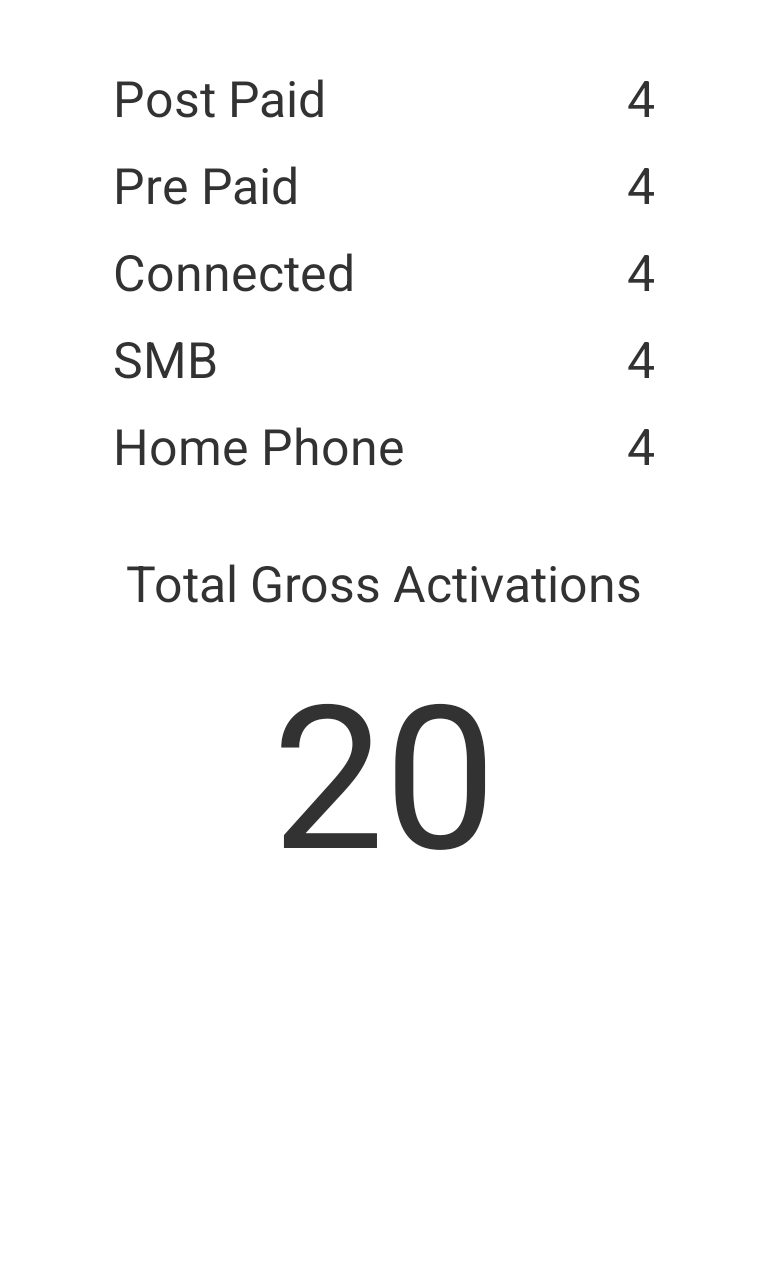
Repository: jemcphe/XCell
Layout: XCell/res/layout/data_adds.xml
These files come from the project's save history. The layout is drawn as it stood at one moment and after the next save; the edit follows.
It is drawn on a 768 x 1280 px phone screen (xhdpi) without system bars, with theme Theme.Xcell; the app's code is not run.

Above is the layout before, as saved 2013-08-17 00:01:38.

### XCell/res/layout/data_adds.xml
<?xml version="1.0" encoding="utf-8"?>
<RelativeLayout xmlns:android="http://schemas.android.com/apk/res/android"
    android:layout_width="match_parent"
    android:layout_height="match_parent" >

    <LinearLayout
        android:layout_width="wrap_content"
        android:layout_height="wrap_content"
        android:layout_below="@+id/gridLayout1"
        android:layout_centerHorizontal="true"
        android:layout_marginTop="25dp"
        android:orientation="vertical" >

        <TextView
            android:layout_width="match_parent"
            android:layout_height="match_parent"
            android:paddingBottom="10dp"
            android:text="Total Gross Activations"
            android:textSize="25sp" />

        <TextView
            android:layout_width="match_parent"
            android:layout_height="match_parent"
            android:gravity="center"
            android:paddingBottom="10dp"
            android:text="20"
            android:textSize="100sp" />
    </LinearLayout>

    <GridLayout
        android:id="@+id/gridLayout1"
        android:layout_width="wrap_content"
        android:layout_height="wrap_content"
        android:layout_alignParentTop="true"
        android:layout_centerHorizontal="true"
        android:layout_marginTop="32dp"
        android:columnCount="2" >

        <TextView
            android:layout_width="wrap_content"
            android:layout_height="wrap_content"
            android:paddingBottom="10dp"
            android:paddingRight="150dp"
            android:text="Post Paid"
            android:textSize="25sp" />

        <TextView
            android:layout_width="wrap_content"
            android:layout_height="wrap_content"
            android:paddingBottom="10dp"
            android:text="4"
            android:textSize="25sp" />

        <TextView
            android:layout_width="wrap_content"
            android:layout_height="wrap_content"
            android:paddingBottom="10dp"
            android:text="Pre Paid"
            android:textSize="25sp" />

        <TextView
            android:layout_width="wrap_content"
            android:layout_height="wrap_content"
            android:paddingBottom="10dp"
            android:text="4"
            android:textSize="25sp" />

        <TextView
            android:layout_width="wrap_content"
            android:layout_height="wrap_content"
            android:paddingBottom="10dp"
            android:text="Connected"
            android:textSize="25sp" />

        <TextView
            android:layout_width="wrap_content"
            android:layout_height="wrap_content"
            android:paddingBottom="10dp"
            android:text="4"
            android:textSize="25sp" />

        <TextView
            android:layout_width="wrap_content"
            android:layout_height="wrap_content"
            android:paddingBottom="10dp"
            android:text="SMB"
            android:textSize="25sp" />

        <TextView
            android:layout_width="wrap_content"
            android:layout_height="wrap_content"
            android:paddingBottom="10dp"
            android:text="4"
            android:textSize="25sp" />

        <TextView
            android:layout_width="wrap_content"
            android:layout_height="wrap_content"
            android:paddingBottom="10dp"
            android:text="Home Phone"
            android:textSize="25sp" />

        <TextView
            android:layout_width="wrap_content"
            android:layout_height="wrap_content"
            android:paddingBottom="10dp"
            android:text="4"
            android:textSize="25sp" />
    </GridLayout>

</RelativeLayout>

### XCell/res/values/styles_xcell.xml
<?xml version="1.0" encoding="utf-8"?>

<resources>

    <style name="Theme.Xcell" parent="@android:style/Theme.Holo.Light">
        <item name="android:actionBarItemBackground">@drawable/selectable_background_xcell</item>
        <item name="android:popupMenuStyle">@style/PopupMenu.Xcell</item>
        <item name="android:dropDownListViewStyle">@style/DropDownListView.Xcell</item>
        <item name="android:actionBarTabStyle">@style/ActionBarTabStyle.Xcell</item>
        <item name="android:actionDropDownStyle">@style/DropDownNav.Xcell</item>
        <item name="android:actionBarStyle">@style/ActionBar.Solid.Xcell</item>
        <item name="android:actionModeBackground">@drawable/cab_background_top_xcell</item>
        <item name="android:actionModeSplitBackground">@drawable/cab_background_bottom_xcell</item>
        <item name="android:actionModeCloseButtonStyle">@style/ActionButton.CloseMode.Xcell</item>


    </style>

    <style name="ActionBar.Solid.Xcell" parent="@android:style/Widget.Holo.Light.ActionBar.Solid">
        <item name="android:background">@drawable/ab_background_textured_xcell</item>
        <item name="android:backgroundStacked">@drawable/ab_stacked_solid_xcell</item>
        <item name="android:backgroundSplit">@drawable/ab_background_textured_xcell</item>
        <item name="android:progressBarStyle">@style/ProgressBar.Xcell</item>
    </style>

    <style name="ActionBar.Transparent.Xcell" parent="@android:style/Widget.Holo.Light.ActionBar">
        <item name="android:background">@drawable/ab_transparent_xcell</item>
        <item name="android:progressBarStyle">@style/ProgressBar.Xcell</item>
    </style>

    <style name="PopupMenu.Xcell" parent="@android:style/Widget.Holo.Light.ListPopupWindow">
        <item name="android:popupBackground">@drawable/menu_dropdown_panel_xcell</item>
    </style>

    <style name="DropDownListView.Xcell" parent="@android:style/Widget.Holo.Light.ListView.DropDown">
        <item name="android:listSelector">@drawable/selectable_background_xcell</item>
    </style>

    <style name="ActionBarTabStyle.Xcell" parent="@android:style/Widget.Holo.Light.ActionBar.TabView">
        <item name="android:background">@drawable/tab_indicator_ab_xcell</item>
    </style>

    <style name="DropDownNav.Xcell" parent="@android:style/Widget.Holo.Light.Spinner">
        <item name="android:background">@drawable/spinner_background_ab_xcell</item>
        <item name="android:popupBackground">@drawable/menu_dropdown_panel_xcell</item>
        <item name="android:dropDownSelector">@drawable/selectable_background_xcell</item>
    </style>

    <style name="ProgressBar.Xcell" parent="@android:style/Widget.Holo.Light.ProgressBar.Horizontal">
        <item name="android:progressDrawable">@drawable/progress_horizontal_xcell</item>
    </style>

    <style name="ActionButton.CloseMode.Xcell" parent="@android:style/Widget.Holo.Light.ActionButton.CloseMode">
        <item name="android:background">@drawable/btn_cab_done_xcell</item>
    </style>

    <!-- this style is only referenced in a Light.DarkActionBar based theme -->
    <style name="Theme.Xcell.Widget" parent="@android:style/Theme.Holo">
        <item name="android:popupMenuStyle">@style/PopupMenu.Xcell</item>
        <item name="android:dropDownListViewStyle">@style/DropDownListView.Xcell</item>
    </style>

</resources>

### XCell/res/drawable/selectable_background_xcell.xml
<?xml version="1.0" encoding="utf-8"?>
<!-- File created by the Android Action Bar Style Generator

     Copyright (C) 2011 The Android Open Source Project
     Copyright (C) 2012 readyState Software Ltd

     Licensed under the Apache License, Version 2.0 (the "License");
     you may not use this file except in compliance with the License.
     You may obtain a copy of the License at

          http://www.apache.org/licenses/LICENSE-2.0

     Unless required by applicable law or agreed to in writing, software
     distributed under the License is distributed on an "AS IS" BASIS,
     WITHOUT WARRANTIES OR CONDITIONS OF ANY KIND, either express or implied.
     See the License for the specific language governing permissions and
     limitations under the License.
-->

<selector xmlns:android="http://schemas.android.com/apk/res/android"
        android:exitFadeDuration="@android:integer/config_mediumAnimTime" >
    <item android:state_pressed="false" android:state_focused="true" android:drawable="@drawable/list_focused_xcell" />
    <item android:state_pressed="true" android:drawable="@drawable/pressed_background_xcell" />
    <item android:drawable="@android:color/transparent" />
</selector>

### XCell/res/drawable/btn_cab_done_xcell.xml
<?xml version="1.0" encoding="utf-8"?>
<!-- File created by the Android Action Bar Style Generator

     Copyright (C) 2011 The Android Open Source Project
     Copyright (C) 2012 readyState Software Ltd

     Licensed under the Apache License, Version 2.0 (the "License");
     you may not use this file except in compliance with the License.
     You may obtain a copy of the License at

          http://www.apache.org/licenses/LICENSE-2.0

     Unless required by applicable law or agreed to in writing, software
     distributed under the License is distributed on an "AS IS" BASIS,
     WITHOUT WARRANTIES OR CONDITIONS OF ANY KIND, either express or implied.
     See the License for the specific language governing permissions and
     limitations under the License.
-->

<selector xmlns:android="http://schemas.android.com/apk/res/android">
    <item android:state_pressed="true"
        android:drawable="@drawable/btn_cab_done_pressed_xcell" />
    <item android:state_focused="true" android:state_enabled="true"
        android:drawable="@drawable/btn_cab_done_focused_xcell" />
    <item android:state_enabled="true"
        android:drawable="@drawable/btn_cab_done_default_xcell" />
</selector>

### XCell/res/drawable/ab_background_textured_xcell.xml
<?xml version="1.0" encoding="utf-8"?>
<!-- File created by the Android Action Bar Style Generator

     Copyright (C) 2012 readyState Software Ltd

     Licensed under the Apache License, Version 2.0 (the "License");
     you may not use this file except in compliance with the License.
     You may obtain a copy of the License at

          http://www.apache.org/licenses/LICENSE-2.0

     Unless required by applicable law or agreed to in writing, software
     distributed under the License is distributed on an "AS IS" BASIS,
     WITHOUT WARRANTIES OR CONDITIONS OF ANY KIND, either express or implied.
     See the License for the specific language governing permissions and
     limitations under the License.
-->

<bitmap xmlns:android="http://schemas.android.com/apk/res/android"
    android:src="@drawable/ab_texture_tile_xcell"
    android:tileMode="repeat" />

### XCell/res/drawable/progress_horizontal_xcell.xml
<?xml version="1.0" encoding="utf-8"?>
<!-- File created by the Android Action Bar Style Generator

     Copyright (C) 2011 The Android Open Source Project
     Copyright (C) 2012 readyState Software Ltd

     Licensed under the Apache License, Version 2.0 (the "License");
     you may not use this file except in compliance with the License.
     You may obtain a copy of the License at

          http://www.apache.org/licenses/LICENSE-2.0

     Unless required by applicable law or agreed to in writing, software
     distributed under the License is distributed on an "AS IS" BASIS,
     WITHOUT WARRANTIES OR CONDITIONS OF ANY KIND, either express or implied.
     See the License for the specific language governing permissions and
     limitations under the License.
-->

<layer-list xmlns:android="http://schemas.android.com/apk/res/android">

    <item android:id="@android:id/background"
          android:drawable="@drawable/progress_bg_xcell" />

    <item android:id="@android:id/secondaryProgress">
        <scale android:scaleWidth="100%"
               android:drawable="@drawable/progress_secondary_xcell" />
    </item>

    <item android:id="@android:id/progress">
        <scale android:scaleWidth="100%"
               android:drawable="@drawable/progress_primary_xcell" />
    </item>

</layer-list>

### XCell/res/drawable/spinner_background_ab_xcell.xml
<?xml version="1.0" encoding="utf-8"?>
<!-- File created by the Android Action Bar Style Generator

     Copyright (C) 2011 The Android Open Source Project
     Copyright (C) 2012 readyState Software Ltd

     Licensed under the Apache License, Version 2.0 (the "License");
     you may not use this file except in compliance with the License.
     You may obtain a copy of the License at

          http://www.apache.org/licenses/LICENSE-2.0

     Unless required by applicable law or agreed to in writing, software
     distributed under the License is distributed on an "AS IS" BASIS,
     WITHOUT WARRANTIES OR CONDITIONS OF ANY KIND, either express or implied.
     See the License for the specific language governing permissions and
     limitations under the License.
-->

<selector xmlns:android="http://schemas.android.com/apk/res/android">
    <item android:state_enabled="false"
        android:drawable="@drawable/spinner_ab_disabled_xcell" />
    <item android:state_pressed="true"
        android:drawable="@drawable/spinner_ab_pressed_xcell" />
    <item android:state_pressed="false" android:state_focused="true"
        android:drawable="@drawable/spinner_ab_focused_xcell" />
    <item android:drawable="@drawable/spinner_ab_default_xcell" />
</selector>

### XCell/res/drawable/tab_indicator_ab_xcell.xml
<?xml version="1.0" encoding="utf-8"?>
<!-- File created by the Android Action Bar Style Generator

     Copyright (C) 2011 The Android Open Source Project
     Copyright (C) 2012 readyState Software Ltd

     Licensed under the Apache License, Version 2.0 (the "License");
     you may not use this file except in compliance with the License.
     You may obtain a copy of the License at

          http://www.apache.org/licenses/LICENSE-2.0

     Unless required by applicable law or agreed to in writing, software
     distributed under the License is distributed on an "AS IS" BASIS,
     WITHOUT WARRANTIES OR CONDITIONS OF ANY KIND, either express or implied.
     See the License for the specific language governing permissions and
     limitations under the License.
-->

<selector xmlns:android="http://schemas.android.com/apk/res/android">
    <!-- Non focused states -->
    <item android:state_focused="false" android:state_selected="false" android:state_pressed="false" android:drawable="@android:color/transparent"/>
    <item android:state_focused="false" android:state_selected="true"  android:state_pressed="false" android:drawable="@drawable/tab_selected_xcell" />

    <!-- Focused states -->
    <item android:state_focused="true" android:state_selected="false" android:state_pressed="false" android:drawable="@drawable/tab_unselected_focused_xcell" />
    <item android:state_focused="true" android:state_selected="true"  android:state_pressed="false" android:drawable="@drawable/tab_selected_focused_xcell" />

    <!-- Pressed -->
    <!--    Non focused states -->
    <item android:state_focused="false" android:state_selected="false" android:state_pressed="true" android:drawable="@drawable/tab_unselected_pressed_xcell" />
    <item android:state_focused="false" android:state_selected="true"  android:state_pressed="true" android:drawable="@drawable/tab_selected_pressed_xcell" />

    <!--    Focused states -->
    <item android:state_focused="true" android:state_selected="false" android:state_pressed="true" android:drawable="@drawable/tab_unselected_pressed_xcell" />
    <item android:state_focused="true" android:state_selected="true"  android:state_pressed="true" android:drawable="@drawable/tab_selected_pressed_xcell" />
</selector>

### XCell/res/drawable/pressed_background_xcell.xml
<?xml version="1.0" encoding="utf-8"?>
<!-- File created by the Android Action Bar Style Generator

     Copyright (C) 2011 The Android Open Source Project
     Copyright (C) 2012 readyState Software Ltd

     Licensed under the Apache License, Version 2.0 (the "License");
     you may not use this file except in compliance with the License.
     You may obtain a copy of the License at

          http://www.apache.org/licenses/LICENSE-2.0

     Unless required by applicable law or agreed to in writing, software
     distributed under the License is distributed on an "AS IS" BASIS,
     WITHOUT WARRANTIES OR CONDITIONS OF ANY KIND, either express or implied.
     See the License for the specific language governing permissions and
     limitations under the License.
-->

<shape xmlns:android="http://schemas.android.com/apk/res/android" android:shape="rectangle">
    <solid android:color="@color/pressed_xcell" />
</shape>

### XCell/res/values/colors_xcell.xml
<?xml version="1.0" encoding="utf-8"?>
<!-- File created by the Android Action Bar Style Generator

     Copyright (C) 2011 The Android Open Source Project
     Copyright (C) 2012 readyState Software Ltd

     Licensed under the Apache License, Version 2.0 (the "License");
     you may not use this file except in compliance with the License.
     You may obtain a copy of the License at

          http://www.apache.org/licenses/LICENSE-2.0

     Unless required by applicable law or agreed to in writing, software
     distributed under the License is distributed on an "AS IS" BASIS,
     WITHOUT WARRANTIES OR CONDITIONS OF ANY KIND, either express or implied.
     See the License for the specific language governing permissions and
     limitations under the License.
-->

<resources>
    <color name="pressed_xcell">#CC33B5E5</color>
    <color name="background_xcell">#d8e8e8</color>
    <color name="xcell_blue">#12679b</color>
</resources>

After the next save:
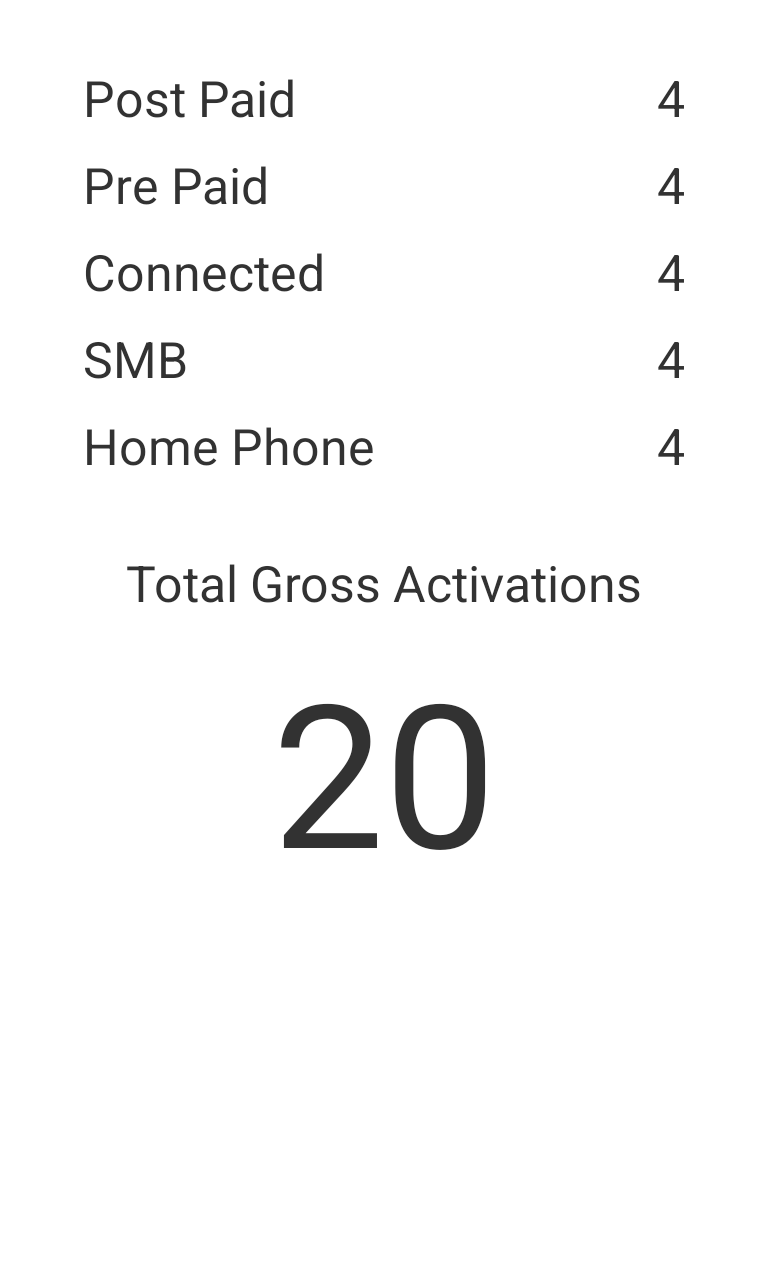
Saved 13 s later.
--- a/XCell/res/layout/data_adds.xml
+++ b/XCell/res/layout/data_adds.xml
@@ -40,7 +40,7 @@
             android:layout_width="wrap_content"
             android:layout_height="wrap_content"
             android:paddingBottom="10dp"
-            android:paddingRight="150dp"
+            android:paddingRight="180dp"
             android:text="Post Paid"
             android:textSize="25sp" />
 
